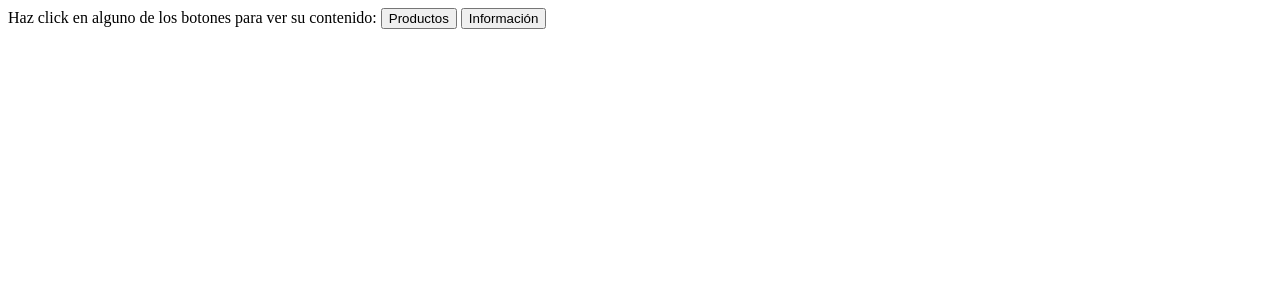
Repository: FranciscoPalaciosA/A01364223_LabsDAW
Page: LabWebServices/workspace/Lab24Conexion2/partials/_body.html
The author's editor kept a record of every edit. The page is drawn from the files as they stood at one moment, then again after the next edit.
The browser window is 1280 px wide. The pictures show the whole page.

Above is the page before.

### LabWebServices/workspace/Lab24Conexion2/partials/_body.html
<div id = "page">

    Haz click en alguno de los botones para ver su contenido:

    <button onclick = "productos()"> Productos </button>
    <button onclick = "informacion()"> Información </button>

</div>

After the next edit:
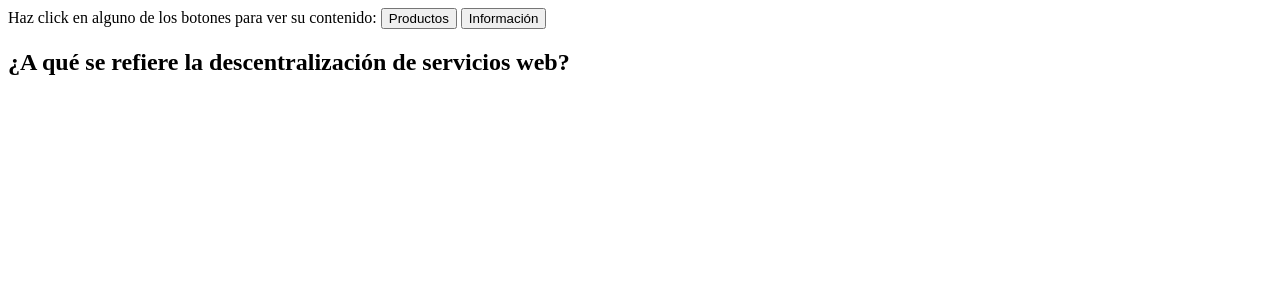
The edit:
--- a/LabWebServices/workspace/Lab24Conexion2/partials/_body.html
+++ b/LabWebServices/workspace/Lab24Conexion2/partials/_body.html
@@ -5,4 +5,7 @@
     <button onclick = "productos()"> Productos </button>
     <button onclick = "informacion()"> Información </button>
 
+    <h2>¿A qué se refiere la descentralización de servicios web?</h2>
+    <p></p>
+
 </div>
